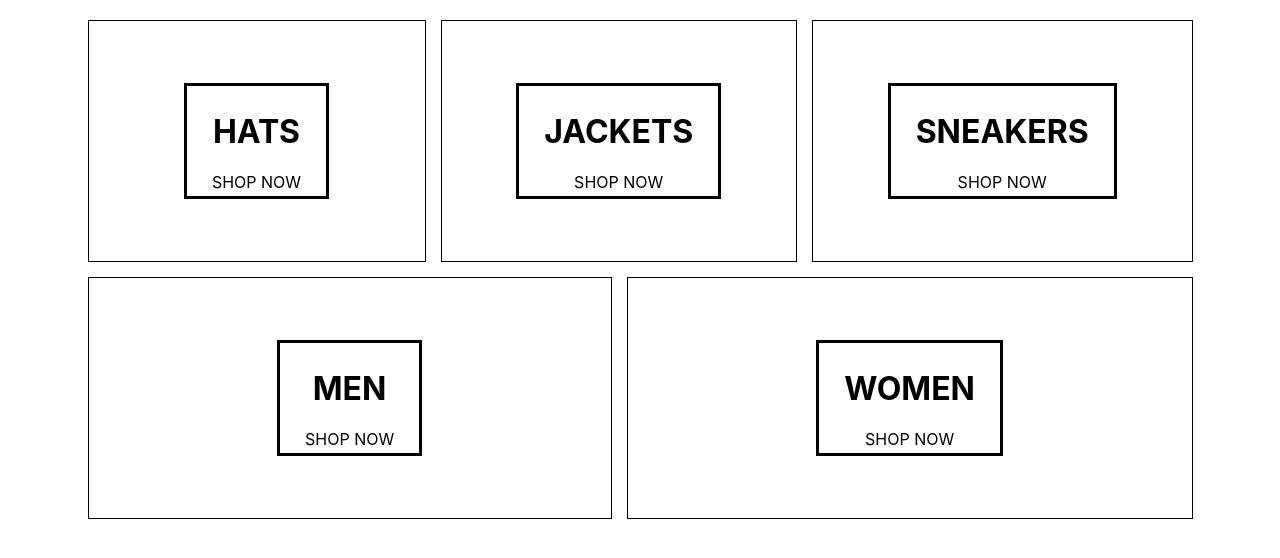
Repository: nepfri/crwn-clothing
Page: /
An editor plug-in stored every save of this project. The page is shown before and after the next save, followed by the edit.
The browser window is 1280 px wide. The pictures show the whole page.
The project was rebuilt for these pictures with package versions that can differ from the ones it lists, and the page was loaded fresh each time. Also part of the build but not shown: src/App.css.

Above is the page before, as saved 2021-10-13 14:03:00.

After the next save:
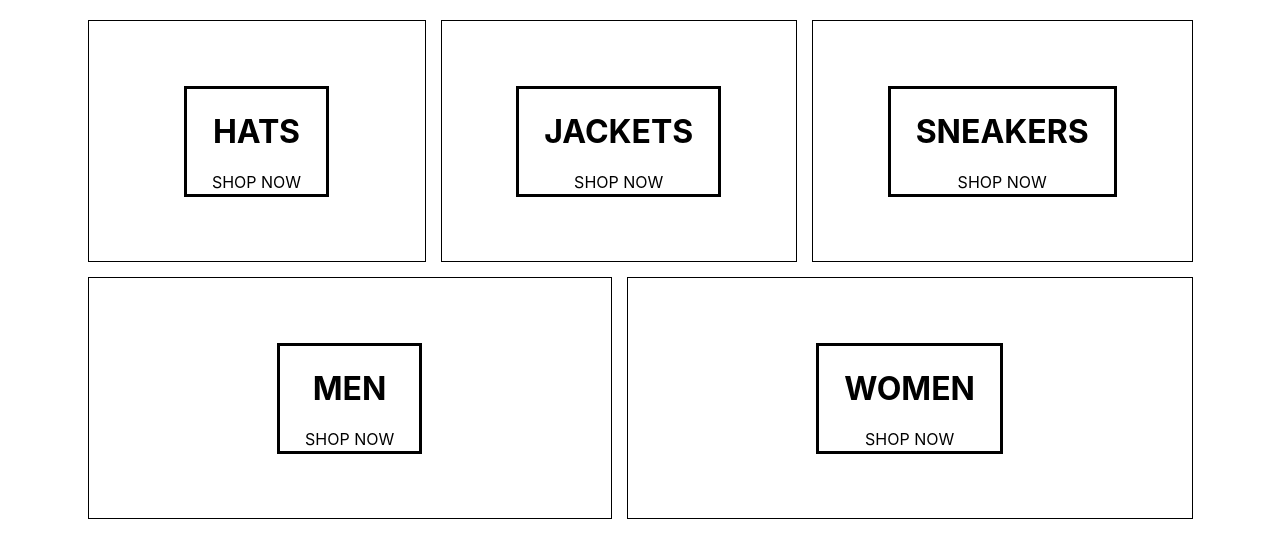
Saved 16 s later.
--- a/src/homepage.styles.scss
+++ b/src/homepage.styles.scss
@@ -31,7 +31,7 @@
   }
 
   .content {
-    height: 110px;
+    height: 105px;
     padding: 0 25px;
     display: flex;
     flex-direction: column;
